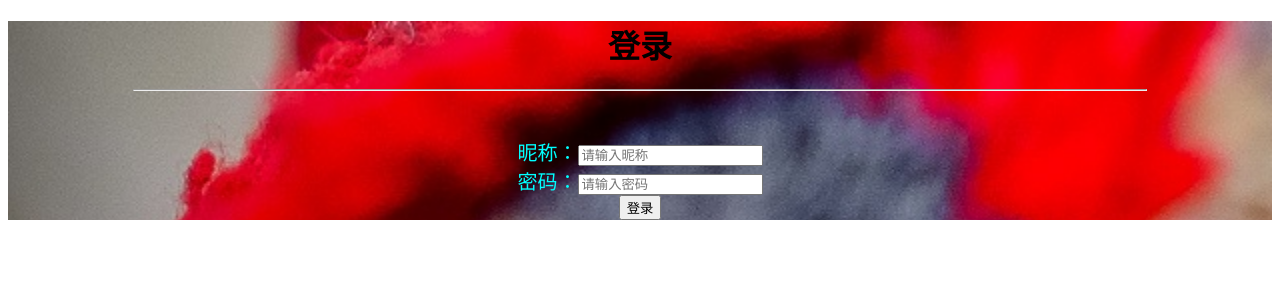
Repository: JuniorProjectTraining/free
Page: http://localhost/emss/login.jsp
These files come from the project's save history. The page is drawn as it stood at one moment and after the next save; the edit follows.
The browser window is 1280 px wide. The pictures show the whole page.
The page is served by Tomcat 9. Other server files are loaded and not shown.

Above is the page before, as saved 2019-12-25 05:29:10.

### emss/src/main/webapp/login.jsp
<%@ page language="java" contentType="text/html; charset=UTF-8"
    pageEncoding="UTF-8"%>
<!DOCTYPE html>
<html>
<head>
<meta charset="UTF-8">
<title>Insert title here</title>

<style type="text/css">

.nn{
font-family:"楷体";
text-align: center;
font-size:20px;
color:cyan;
}

#beijing {
        background-image: url(./image/parallex.jpg);
        background-size: auto 1700px;
        background-repeat: no-repeat;
        }
</style>

</head>
<body>
<div id = "beijing">
<h1 Style = "text-align:center;">登录</h1>
<hr width = "80%">

<from action = "${pageContext.request.contextPath }/EmpServlet?cmd=login">
<br>
<span class = "nn">
<p>
昵称：<input id = "username" name = "nickname" placeholder = "请输入昵称" />
<br>
密码：<input type = "password" id = "password" name = "password" placeholder = "请输入密码"/ >
<br>
<input type = "submit" value = "登录" />
</p>
</span>
</from>
</div>
</body>
</html>

After the next save:
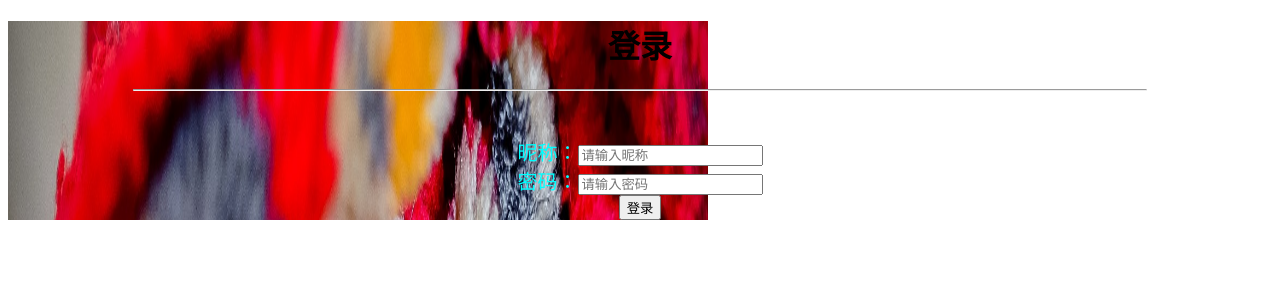
Saved 38 s later.
--- a/emss/src/main/webapp/login.jsp
+++ b/emss/src/main/webapp/login.jsp
@@ -17,7 +17,7 @@
 
 #beijing {
         background-image: url(./image/parallex.jpg);
-        background-size: auto 1700px;
+        background-size: 700px 1700px;
         background-repeat: no-repeat;
         }
 </style>
